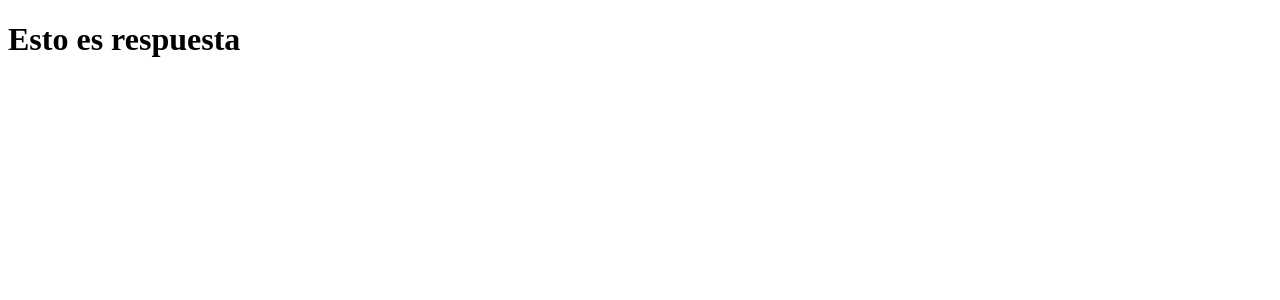
Repository: alvaroteja/ServidorJava
Page: http://localhost/contadorVisitas/Contador
These files come from the project's save history. The page is drawn as it stood at one moment and after the next save; the edit follows.
The browser window is 1280 px wide. The pictures show the whole page.
The page is served by Tomcat 10.

Above is the page before, as saved 2023-01-23 08:07:31.

### contadorVisitas/src/main/webapp/respuesta.jsp
<%@ page language="java" contentType="text/html; charset=ISO-8859-1"
    pageEncoding="ISO-8859-1"%>
<!DOCTYPE html>
<html>
<head>
<meta charset="ISO-8859-1">
<title>Insert title here</title>
</head>
<body>
<h1>Esto es respuesta</h1>
</body>
</html>

### contadorVisitas/src/main/java/Contador.java

import jakarta.servlet.RequestDispatcher;
import jakarta.servlet.ServletException;
import jakarta.servlet.annotation.WebServlet;
import jakarta.servlet.http.Cookie;
import jakarta.servlet.http.HttpServlet;
import jakarta.servlet.http.HttpServletRequest;
import jakarta.servlet.http.HttpServletResponse;
import java.io.IOException;
import java.io.PrintWriter;

/**
 * Servlet implementation class Contador
 */
public class Contador extends HttpServlet {
	private static final long serialVersionUID = 1L;

	/**
	 * @see HttpServlet#HttpServlet()
	 */
	public Contador() {
		super();
		// TODO Auto-generated constructor stub
	}

	/**
	 * @see HttpServlet#doGet(HttpServletRequest request, HttpServletResponse
	 *      response)
	 */
	protected void doGet(HttpServletRequest request, HttpServletResponse response)
			throws ServletException, IOException {
		// TODO Auto-generated method stub
		response.getWriter().append("Served at: ").append(request.getContextPath());

		// TODO Auto-generated method stub

		response.setContentType("text/html;charset=UTF-8");
		PrintWriter out = response.getWriter();

		try {
			out.println("<html>");
			out.println("<head>");
			out.println("<title>DetectaUsuario</title>");
			out.println("</head>");
			out.println("<body>");
			out.println("<h1>Detecta Usuario</h1>");

			int i;
			if (request.getCookies() != null) {

				Cookie[] arrayCookies = request.getCookies();
				String contenidoCookie = "";
				int longitud = arrayCookies.length;

				boolean cookieEncontrada = false;

				if (arrayCookies != null && longitud > 0) {
					for (i = 0; i < longitud && !cookieEncontrada; i++) {
						String nombreCookie = arrayCookies[i].getName();
						if (nombreCookie.equals("cont")) {
							cookieEncontrada = true;
							contenidoCookie = arrayCookies[i].getValue();
						}
					}

					if (cookieEncontrada) {
						out.println("<h1>Hola usuario, tu Cookie es " + contenidoCookie + "</h1>");
						aumentarContador(contenidoCookie, response, request);
					} else {
						out.print("<h1>El usuario no tiene la cookie uid.</h1>");
						crearCookie("cont", response, request);
					}
				} else {
					out.print("<h1>No hay ninguna Cookie</h1>");
					crearCookie("cont", response, request);
				}
			} else {
				out.print("<h1>No hay ninguna Cookie en el navegador</h1>");
				crearCookie("cont", response, request);
			}
		} catch (Exception e) {
			out.println("Se produce una excepci�n <br />");
			e.printStackTrace(out);
		} finally {
			out.close();
		}
	}

	/**
	 * @see HttpServlet#doPost(HttpServletRequest request, HttpServletResponse
	 *      response)
	 */
	protected void doPost(HttpServletRequest request, HttpServletResponse response)
			throws ServletException, IOException {
		// TODO Auto-generated method stub
		doGet(request, response);
	}

	protected void crearCookie(String nombreCookie, HttpServletResponse response, HttpServletRequest request) throws ServletException, IOException {
		Cookie contador = new Cookie(nombreCookie, "1");
		response.addCookie(contador);

		request.setAttribute("contador", "1");
		RequestDispatcher dispatcher = getServletContext().getRequestDispatcher("/respuesta.jsp");
		dispatcher.forward(request, response);
	}

	protected void aumentarContador(String contenidoCookie, HttpServletResponse response, HttpServletRequest request) throws ServletException, IOException {
		int n = Integer.parseInt(contenidoCookie);
		n++;
		Cookie contador = new Cookie("cont", Integer.toString(n));
		response.addCookie(contador);

		request.setAttribute("contador", Integer.toString(n));
		RequestDispatcher dispatcher = getServletContext().getRequestDispatcher("/respuesta.jsp");
		dispatcher.forward(request, response);
	}
}

After the next save:
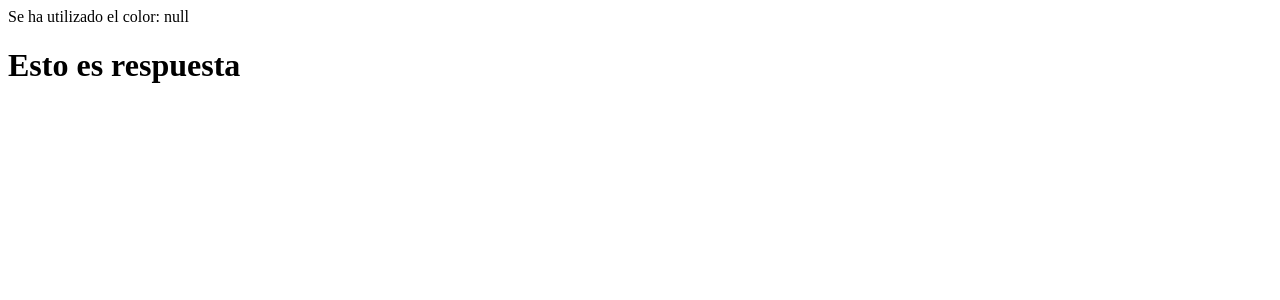
Saved 3 min 23 s later.
--- a/contadorVisitas/src/main/webapp/respuesta.jsp
+++ b/contadorVisitas/src/main/webapp/respuesta.jsp
@@ -1,5 +1,5 @@
 <%@ page language="java" contentType="text/html; charset=ISO-8859-1"
-    pageEncoding="ISO-8859-1"%>
+	pageEncoding="ISO-8859-1"%>
 <!DOCTYPE html>
 <html>
 <head>
@@ -7,6 +7,10 @@
 <title>Insert title here</title>
 </head>
 <body>
-<h1>Esto es respuesta</h1>
+	<%
+	String bgColor = request.getParameter("bgColor");
+	out.println("Se ha utilizado el color: " + bgColor);
+	%>
+	<h1>Esto es respuesta</h1>
 </body>
 </html>

After the save that followed:
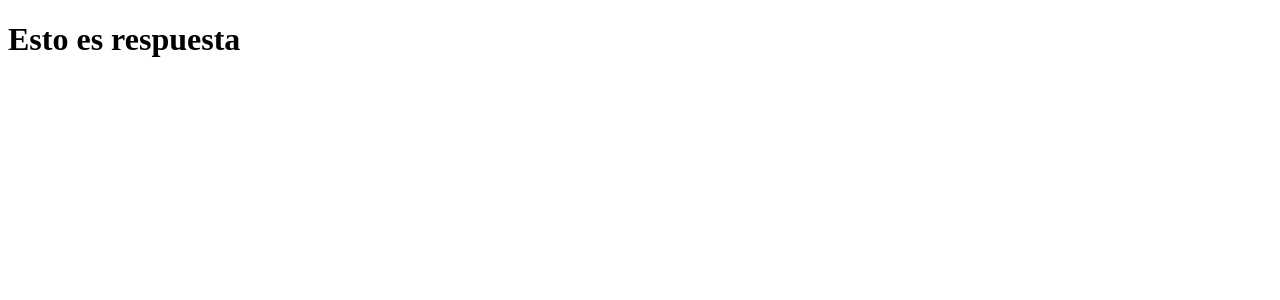
Saved 10 s later.
--- a/contadorVisitas/src/main/webapp/respuesta.jsp
+++ b/contadorVisitas/src/main/webapp/respuesta.jsp
@@ -7,10 +7,7 @@
 <title>Insert title here</title>
 </head>
 <body>
-	<%
-	String bgColor = request.getParameter("bgColor");
-	out.println("Se ha utilizado el color: " + bgColor);
-	%>
+
 	<h1>Esto es respuesta</h1>
 </body>
 </html>
